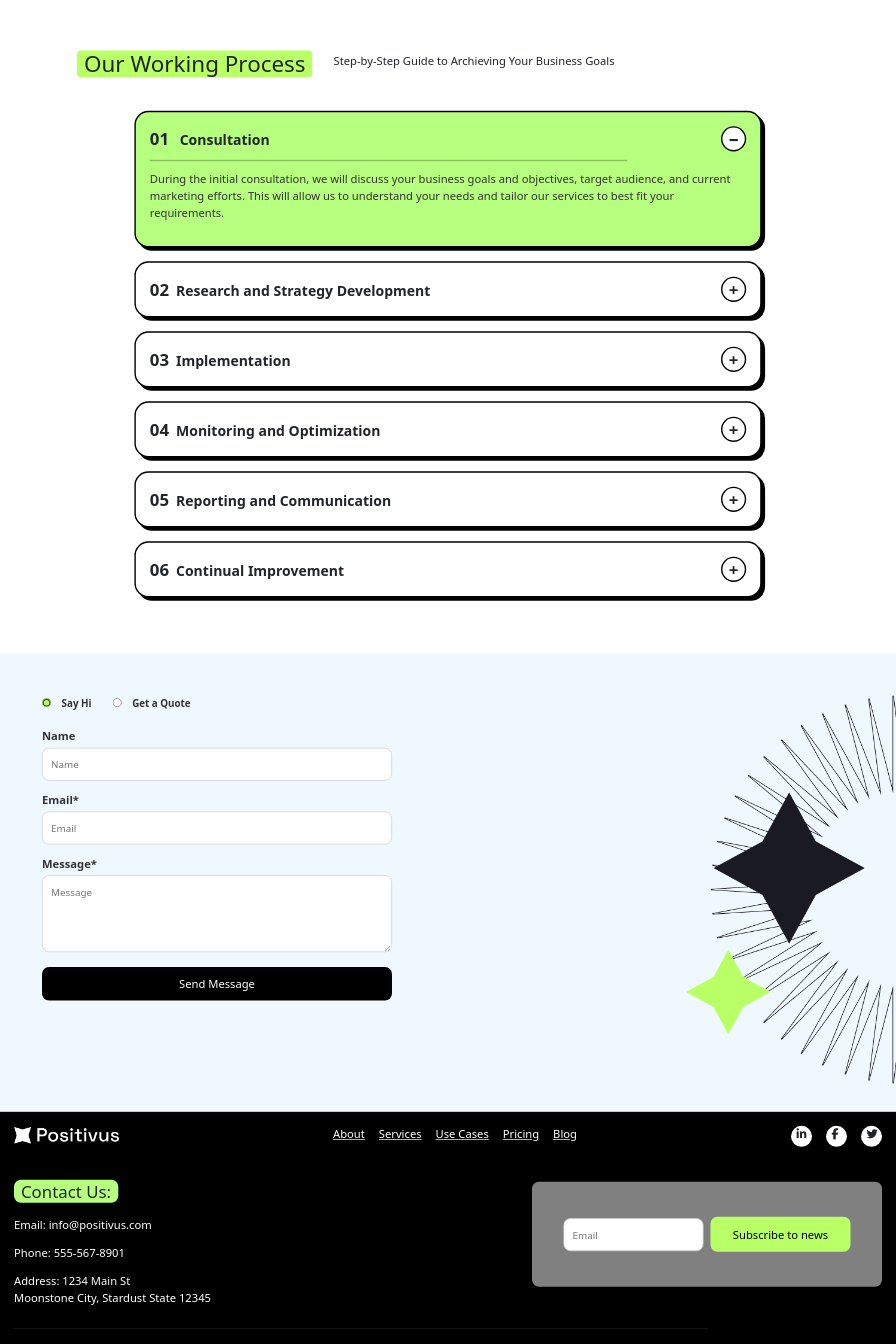
Repository: inshaabbas/CSS-Hackathon-SMIT
Page: index.html
An editor plug-in stored every save of this project. The page is shown before and after the next save, followed by the edit.
The browser window is 1280 px wide. The pictures show the part of the page from y = 1185 to 3105 px (the page is 3174 px tall before and 3181 px after), at 70% of full size.
A picture or video elsewhere on the page could not be fetched, so the positions and the page height are approximate.

Above is the page before, as saved 2025-06-25 11:09:29.

### index.html
<!DOCTYPE html>
<html lang="en">
<head>
    <meta charset="UTF-8">
    <meta name="viewport" content="width=device-width, initial-scale=1.0">
    <title>CSS Hackathon</title>
    <!-- Bootstrap CDN -->
     <link href="https://cdn.jsdelivr.net/npm/bootstrap@5.3.7/dist/css/bootstrap.min.css" rel="stylesheet" integrity="sha384-LN+7fdVzj6u52u30Kp6M/trliBMCMKTyK833zpbD+pXdCLuTusPj697FH4R/5mcr" crossorigin="anonymous">
    <!-- Font Awesome CDN -->
     <link rel="stylesheet" href="https://cdnjs.cloudflare.com/ajax/libs/font-awesome/6.7.2/css/all.min.css" integrity="sha512-Evv84Mr4kqVGRNSgIGL/F/aIDqQb7xQ2vcrdIwxfjThSH8CSR7PBEakCr51Ck+w+/U6swU2Im1vVX0SVk9ABhg==" crossorigin="anonymous" referrerpolicy="no-referrer"/>
    <!-- External Style Sheet -->
     <link rel="stylesheet" href="./style.css">
</head>
<body>
    <!-- Header Section Starts -->
    <header class="container-xxl">
      <div class="fixed-top">
         <nav class="navbar navbar-expand-lg bg-body-tertiary">
  <div class="container-fluid">
    <a class="navbar-brand" href="#"><img src="./Assets/logo.png" alt="Logo" width="150px"></a>
    <button class="navbar-toggler" type="button" data-bs-toggle="collapse" data-bs-target="#navbarSupportedContent" aria-controls="navbarSupportedContent" aria-expanded="false" aria-label="Toggle navigation">
      <span class="navbar-toggler-icon"></span>
    </button>
    <div class="collapse navbar-collapse" id="navbarSupportedContent">
      <ul class="navbar-nav ms-auto me-3 gap-4 mb-2 mb-lg-0">
        <li class="nav-item">
          <a class="nav-link active" aria-current="page" href="#">Aboutus</a>
        </li>
        <li class="nav-item">
          <a class="nav-link active" href="#">Services</a>
        </li>
        <li class="nav-item">
          <a class="nav-link active" aria-disabled="true">User Cases</a>
        </li>
        <li class="nav-item">
          <a class="nav-link active" aria-current="page" href="#">Pricing</a>
        </li>
        <li class="nav-item">
          <a class="nav-link active" aria-current="page" href="#">Blog</a>
        </li>
      </ul>
        <button class="btn btn-outline-dark" type="submit">Request a Quote</button>
      </form>
    </div>
  </div>
</nav>
      </div>
    </header>
    <!-- Header Section Ends -->

    <!-- Hero Section Starts -->
     <section class="hero-sec container-xxl">
        <div class="hero-text">
            <h2>Navigating the digital landscape for success</h2>
            <p>Lorem ipsum dolor sit amet consectetur adipisicing elit. Nihil sapiente officia omnis rerum, vitae nesciunt ad obcaecati sint quam accusantium Lorem ipsum dolor sit amet consectetur adipisicing elit. Quaerat nobis quos soluta accusantium perspiciatis quas ducimus dicta accusamus eius, sint adipisci cum minima aliquam debitis expedita nam eos, consectetur quasi.</p>
            <button type="button" class="btn btn-dark">Book a consultation</button>
        </div>
        <div class="hero-img">
            <img src="./Assets/hero-sec-img.png" alt="Hero Section Img" width="450px" height="330px">
        </div>
     </section>
    <!-- Hero Section Ends -->

    <!-- Social Section Starts -->
     <section class="social-sec container-xxl">
       <img src="./Assets/Amazon.png" alt="Amazon">
       <img src="./Assets/Dribbble.png" alt="Dribbble">
       <img src="./Assets/Hubspot-icon-removebg-preview.png" alt="Hubspot">
       <img src="./Assets/Notion.png" alt="Notion">
       <img src="./Assets/Netflix.png" alt="Netflix" class="gray">
       <img src="./Assets/Zoom.png" alt="Zoom" class="gray">
     </section>
    <!-- Social Section Ends -->

    <!-- Service Section Starts -->
     <section class="service-sec container-xxl">
      <div class="service-head">
        <h2>Services</h2>
        <p>Lorem ipsum dolor sit amet consectetur adipisicing elit. Ad, aliquam assumenda. Perspiciatis necessitatibus ullam possimus illum consequatur dolores quasi ut.</p>
      </div>
      <div class="service-cards">
        <div class="service-card-1 hover-img">
          <div class="ser-card-1-text">
             <h3>Search engine <br> optimization</h3>
             <p><img src="./Assets/service-icon.png" alt="Service Icon" width="30px">Learn More</p>
          </div>
          <div class="ser-card-1-img">
            <img src="./Assets/Service-card-1img.png" alt="">
          </div>
        </div>
        <div class="service-card-2 hover-img">
          <div class="ser-card-2-text">
             <h3>Search engine <br> optimization</h3>
             <p><img src="./Assets/service-icon.png" alt="Service Icon" width="30px">Learn More</p>
          </div>
          <div class="ser-card-2-img">
            <img src="./Assets/Service-card-2-img.png" alt="">
          </div>
        </div>
      </div>
     </section>
    <!-- Service Section Ends -->

     <!-- Working section Starts -->
     <section class="working-section container-xxl">
      <div class="working-head">
        <h2>Our Working Process</h2>
        <p>Step-by-Step Guide to Archieving Your Business Goals</p>
      </div>
      <div class="faq-section">
  <details open>
    <summary><span><span class="number">01</span> Consultation</span> <span class="plus"></span></summary>
    <hr class="divider">
    <div class="faq-content">
      <p>During the initial consultation, we will discuss your business goals and objectives, target audience, and current marketing efforts. This will allow us to understand your needs and tailor our services to best fit your requirements.</p>
    </div>
  </details>

  <details>
    <summary><span><span class="number">02</span>Research and Strategy Development</span> <span class="plus"></span></summary>
    <hr class="divider">
    <div class="faq-content">
      We research your market and competitors to develop a custom strategy aligned with your business goals.
    </div>
  </details>

   <details>
    <summary><span><span class="number">03</span>Implementation</span> <span class="plus"></span></summary>
    <hr class="divider">
    <div class="faq-content">
      We research your market and competitors to develop a custom strategy aligned with your business goals.
    </div>
  </details>

   <details>
    <summary><span><span class="number">04</span>Monitoring and Optimization</span> <span class="plus"></span></summary>
    <hr class="divider">
    <div class="faq-content">
      We research your market and competitors to develop a custom strategy aligned with your business goals.
    </div>
  </details>

   <details>
    <summary><span><span class="number">05</span>Reporting and Communication</span> <span class="plus"></span></summary>
    <hr class="divider">
    <div class="faq-content">
      We research your market and competitors to develop a custom strategy aligned with your business goals.
    </div>
  </details>

   <details>
    <summary><span><span class="number">06</span>Continual Improvement</span> <span class="plus"></span></summary>
    <hr class="divider">
    <div class="faq-content">
      We research your market and competitors to develop a custom strategy aligned with your business goals.
    </div>
  </details>
      </div>
      </section>

    <!-- Working section Ends -->

     <!-- Contact section Starts -->
     <section class="contact-section container-xxl">
      <div class="contact-form">
        <form>
          <div class="radio-group">
            <label><input type="radio" name="purpose" checked>Say Hi</label>
            <label><input type="radio" name="purpose"> Get a Quote</label>
          </div>

          <div class="form-group">
            <label for="name">Name</label>
            <input type="text" id="name" name="name" placeholder="Name" required>
          </div>

          <div class="form-group">
            <label for="email">Email*</label>
            <input type="email" id="email" name="email" placeholder="Email" required>
          </div>

          <div class="form-group">
            <label for="message">Message*</label>
            <textarea id="message" name="message" placeholder="Message" rows="4" required></textarea>
          </div>

          <button type="submit" class="send-btn">Send Message</button>
        </form>
       </div>
      <div class="contact-image">
        <img src="./Assets/Contact-img.png" alt="Contact img" width="400px">
      </div>
     </section>

     <!-- Contact section End -->

     <!-- Footer section Starts -->

     <footer>
        <div class="top-footer">
            <div class="fot-logo">
                <img src="./Assets/Foooter-logo.png" alt="Footer logo" width="150px">
            </div>
            <div class="fot-links">
                <li><a href="#">About</a></li>
                <li><a href="#">Services</a></li>
                <li><a href="#">Use Cases</a></li>
                <li><a href="#">Pricing</a></li>
                <li><a href="#">Blog</a></li>
            </div>
            <div class="fot-icons">
                <div class="circle"><i class="fa-brands fa-linkedin-in"></i></div>
                <div class="circle"><i class="fa-brands fa-facebook-f"></i></div>
                <div class="circle"><i class="fa-brands fa-twitter"></i></div>
            </div>
        </div>

        <div class="fot-contact">
            <div class="fot-text">
                <h4>Contact Us:</h4>
                <p style="margin-top: 20px;">Email: info@positivus.com</p>
                <p>Phone: 555-567-8901</p>
                <p>Address: 1234 Main St <br> Moonstone City, Stardust State 12345</p>
            </div>
            <div class="fot-input">
                <input type="text" placeholder="Email">
                <button class="btn-sub">Subscribe to news</button>
            </div>
        </div>

        <hr>
     </footer>







<script src="https://cdn.jsdelivr.net/npm/@popperjs/core@2.11.8/dist/umd/popper.min.js" integrity="sha384-I7E8VVD/ismYTF4hNIPjVp/Zjvgyol6VFvRkX/vR+Vc4jQkC+hVqc2pM8ODewa9r" crossorigin="anonymous"></script>
<script src="https://cdn.jsdelivr.net/npm/bootstrap@5.3.7/dist/js/bootstrap.min.js" integrity="sha384-7qAoOXltbVP82dhxHAUje59V5r2YsVfBafyUDxEdApLPmcdhBPg1DKg1ERo0BZlK" crossorigin="anonymous"></script>
</body>
</html>

### style.css
.hover-img{
    transition: transform 0.3s ease;
}

.hover-img:hover{
    transform: scale(1.1);
}

.hero-sec{
    display: flex;
    justify-content: space-around;
    align-items: center;
    padding: 20px;
    height: 500px;
    padding-top: 80px;
}

.hero-text{
    width: 50%;
}

.hero-text h2{
    font-size: 35px;
    font-weight: bold;
}

@media screen and (max-width: 1010px) {
    .hero-img img{
        width: 350px;
        height: 300px;
    }
    .hero-sec{
        height: auto;
    }
}

@media screen and (max-width: 800px){
    .hero-sec{
        flex-direction: column;
        gap: 50px;
    }

    .hero-text{
    width: 100%;
}

.hero-img img{
    width: 300px;
    height: 250px;
}
}

/* Hero Section End */

/* Social Section Starts */
.social-sec{
    height: auto;
    display: flex;
    justify-content: center;
    align-items: center;
    gap: 40px;
    flex-wrap: wrap;
    padding: 20px;
    margin-top: 40px;
}

.social-sec img{
    width: 120px;
}

.gray{
    filter: grayscale(100%);
}

/* Social Section Ends */


/* Service Section Starts */

.service-sec{
    height: auto;
    margin-top: 40px;
    padding: 40px 10px;
}

.service-head{
    display: flex;
    margin-left: 100px;
    gap: 30px;
}

.service-head h2{
    background-color: #b9ff66;
    padding: 0px 10px;
    border-radius: 5px;
    font-size: 40px;
}

.service-head p{
    width: 600px;
}

.service-cards{
    padding-top: 40px;
    display: flex;
    justify-content: center;
    align-items: center;
    flex-wrap: wrap;
    gap: 40px;
    padding: 20px;
}

/* Card 1  */
.service-card-1{
    display: flex;
    justify-content: space-between;
    width: 500px;
    height: 280px;
    background-color: #f3f3f3;
    border-radius: 30px;
    padding: 20px;
    border-bottom: black solid 4px;
    border-top: black solid 1px;
    border-left: black solid 1px;
    border-right: black solid 1px;
}

.service-card-1 p img{
    margin-right: 10px;
}

.service-card-1 p{
    margin-top: 100px;
}

.ser-card-1-img{
    display: flex;
    justify-content: center;
    align-items: center;
}

.ser-card-1-text h3{
    background-color: #b9ff66;
    padding: 5px 10px;
    border-radius: 5px;
}

/* Card 2 */

.service-card-2{
    display: flex;
    justify-content: space-between;
    width: 500px;
    height: 280px;
    background-color: #b9ff66;
    border-radius: 30px;
    padding: 20px;
    border-bottom: black solid 4px;
    border-top: black solid 1px;
    border-left: black solid 1px;
    border-right: black solid 1px;
}

.service-card-2 p img{
    margin-right: 10px;
}

.service-card-2 p{
    margin-top: 100px;
}

.ser-card-2-img{
    display: flex;
    justify-content: center;
    align-items: center;
}

.ser-card-2-text h3{
    background-color: #f3f3f3;
    padding: 5px 10px;
    border-radius: 5px;
}

@media screen and (max-width: 865px){
    .service-head{
        flex-direction: column;
        justify-content: center;
        align-items: center;
        text-align: center;
        margin-left: 0px;
        gap: 10px;
    }

    .service-head p{
        width: 100%;
    }
}

@media screen and (max-width: 500px){
    .service-head p{
        font-size: 13px;
    }

    .service-card-2{
        height: 230px;
    }
    .ser-card-2-img img{
        width: 180px;
    }

    .ser-card-2-text h3{
        font-size: 20px;
    }

    .ser-card-2-text p{
        font-size: 13px;
    }

    .service-card-1{
        height: 230px;
    }
    .ser-card-1-img img{
        width: 180px;
    }

    .ser-card-1-text h3{
        font-size: 20px;
    }

    .ser-card-1-text p{
        font-size: 15px;
    }
}

    @media screen and (max-width: 440px){
    .service-head p{
        font-size: 10px;
    }

    .ser-card-2-img img{
        width: 120px;
    }

    .ser-card-2-text h3{
        font-size: 14px;
    }

    .ser-card-2-text p{
        font-size: 12px;
    }

    .ser-card-1-img img{
        width: 120px;
    }

    .ser-card-1-text h3{
        font-size: 14px;
    }

    .ser-card-1-text p{
        font-size: 12px;
    }
}

/* Service Section Ends*/

/* Working Section Starts */

.working-section{
    height: auto;
    margin-top: 20px;
    padding: 40px 10px;
}

.working-head{
    display: flex;
    align-items: center;
    margin-left: 100px;
    gap: 30px;
}

.working-head h2{
    background-color: #b9ff66;
    padding: 0px 10px;
    border-radius: 5px;
}

.working-head p{
    width: 100%;
    max-width: 600px;
}

.faq-section{
    display: flex;
    flex-direction: column;
    justify-content: center;
    align-items: center;
    margin-top: 40px;
    padding: 0px 10px;
}

details {
      border: 2px solid #000;
      border-radius: 20px;
      margin-bottom: 20px;
      padding: 20px;
      box-shadow: 5px 5px 0 #000;
      background-color: #fff;
      transition: all 0.3s ease;
      width: 70vw;
    }

    details[open] {
      background-color: #b6ff7f;
    }

    summary {
      list-style: none;
      cursor: pointer;
      font-weight: bold;
      font-size: 20px;
      display: flex;
      justify-content: space-between;
      align-items: center;
    }

    summary::-webkit-details-marker {
      display: none;
    }

    .number {
      font-size: 24px;
      margin-right: 10px;
    }

    .plus::after {
      content: "+";
      font-size: 24px;
      width: 36px;
      height: 36px;
      display: inline-flex;
      align-items: center;
      justify-content: center;
      border: 2px solid #000;
      border-radius: 50%;
      background: #fff;
    }

    details[open] .plus::after {
      content: "−";
    }

    .faq-content {
      margin-top: 10px;
      font-size: 16px;
      line-height: 1.5;
      color: #333;
    }

    .divider {
      display: none;
      border: none;
      border-top: 2px solid #000;
      margin: 12px 0;
    }

    details[open] .divider {
      display: block;
    }

    details[open] .faq-content {
      display: block;
    }


@media screen and (max-width: 1084px){
    .working-head{
        flex-direction: column;
        justify-content: center;
        align-items: center;
        text-align: center;
        gap: 10px;
        margin-left: 0px;
    }
}

@media screen and (max-width: 700px){
    summary span{
        font-size: 16px;
    }

    .number{
        font-size: 16px;
    }

    .plus::after{
        font-size: 20px;
        width: 25px;
        height: 25px;
    }

    details{
        width: 90vw;
    }
}

@media screen and (max-width: 420px){
    summary span{
        font-size: 13px;
    }

    .number{
        font-size: 14px;
    }
}
/* Working Section Ends */

/* Contact Section Starts */

.contact-section{
    display: flex;
    justify-content: space-between;
    height: auto;
    background-color: aliceblue;
    margin-top: 20px;
    padding: 60px 0px 40px 20px
}

.contact-form{
    width: 100%;
    margin-left: 40px;
}

.radio-group {
  display: flex;
  gap: 30px;
  margin-bottom: 20px;
  font-size: 14px;
}

.radio-group label{
  display: flex;
  align-items: center;
  gap: 15px;
  font-size: 14px;
  color: #333;
  cursor: pointer;
  /* width: 100px; */
  white-space: nowrap
}


input[type="radio"] {
  accent-color: #b9ff66;
}

.form-group {
  margin-bottom: 15px;
}

label {
  display: block;
  margin-bottom: 5px;
  font-weight: bold;
  color: #333;
}

input,
textarea {
  width: 100%;
  max-width: 500px;
  padding: 12px;
  font-size: 14px;
  border: 1px solid #ccc;
  border-radius: 10px;
  box-sizing: border-box;
}

.send-btn{
  background-color: #000;
  color: #fff;
  border: none;
  padding: 12px;
  width: 100%;
  max-width: 500px;
  border-radius: 10px;
  font-size: 16px;
  cursor: pointer;
  transition: background-color 0.3s;
}

.send-btn:hover {
  background-color: #333;
}

.contact-image {
  flex: 1;
  text-align: right;
  min-width: 300px;
  overflow-x: hidden;
}

@media screen and (max-width: 890px){
    .contact-image img {
        display: none;
    }

    .contact-section {
        flex-direction: column;
        align-items: center;
        padding: 30px 20px;
    }

    .contact-form {
        margin-left: 0;
        width: 100%;
        display: flex;
        flex-direction: column;
        align-items: center;
    }

    .form-group,
    input,
    textarea,
    .send-btn {
        width: 100%;
        max-width: 600px;
    }
}

/* Contact Section Ends*/

footer{
    height: 400px;
    background-color: #000;
    padding: 20px;
}

.top-footer{
    display: flex;
    justify-content: space-between;
}

.fot-links{
    display: flex;
    gap: 20px;
}

.fot-links li{
    list-style: none;
}

.fot-links li a{
    color: white;
    text-decoration: underline;
}

.fot-icons{
    display: flex;
    gap: 20px;
}

.fot-icons .circle{
    width: 30px;
    height: 30px;
    background-color: white;
    border-radius: 50%;
}

.fot-icons .circle i{
    margin-left: 8px;
}

.fot-contact{
    display: flex;
    justify-content: space-between;
    margin-top: 50px;
}

.fot-text h4{
    background-color: #b6ff7f;
    display: inline;
    border-radius: 10px;
    padding: 0px 10px;
}

.fot-text p{
    color: white;
}

.fot-input{
    display: flex;
    justify-content: center;
    align-items: center;
    gap: 10px;
    background-color: gray;
    width: 500px;
    height: 150px;
    border-radius: 10px;
}

.fot-input input{
    max-width: 200px;
    width: 100%;
}

.btn-sub{
    max-width: 200px;
    width: 100%;
    height: 50px;
    border-radius: 10px;
    border: none;
    background-color: #b9ff66;
}

hr{
    width: 80%;
    color: gray;
    height: 3px;
}

After the next save:
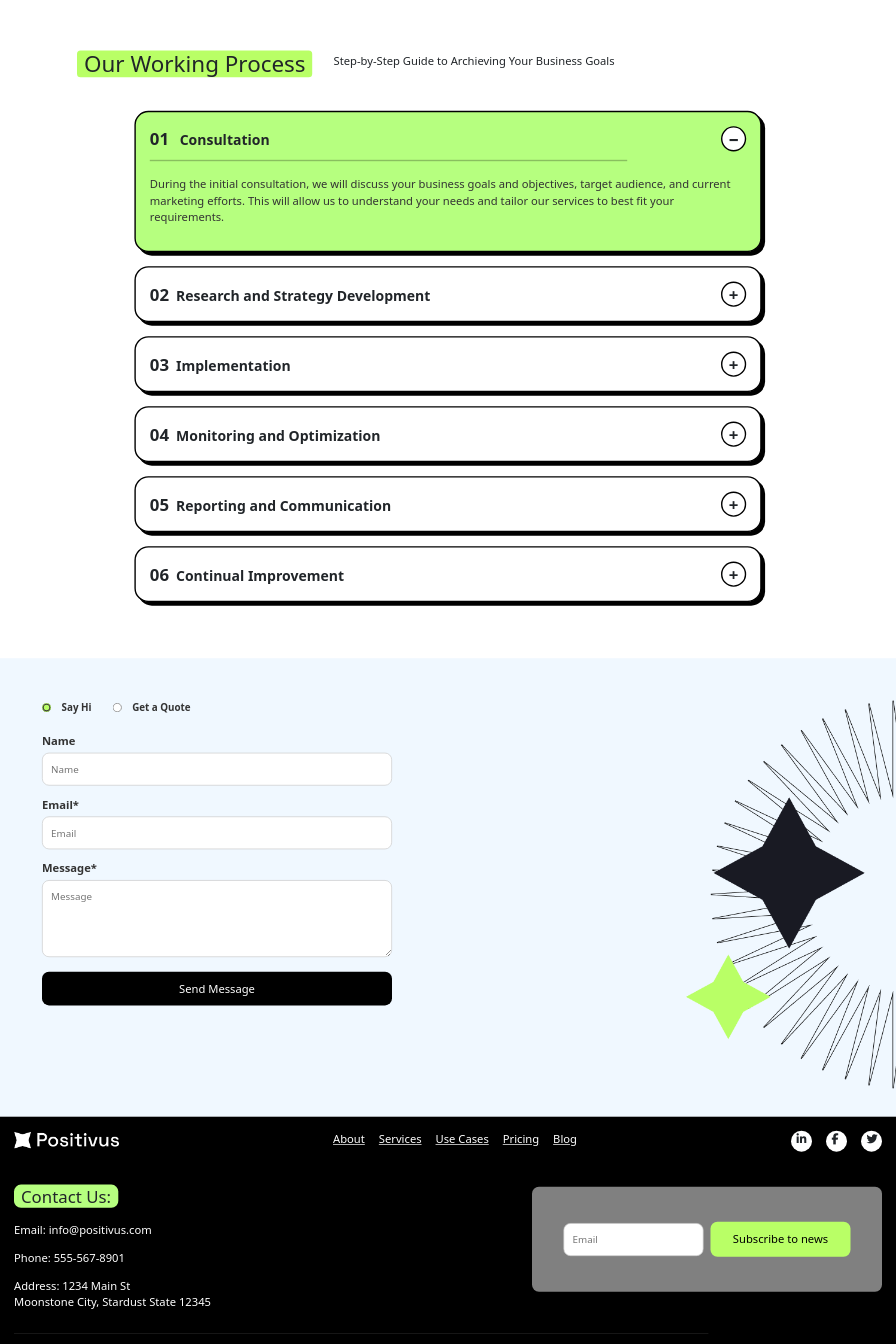
Saved 7 s later.
--- a/style.css
+++ b/style.css
@@ -616,5 +616,5 @@ footer{
 hr{
     width: 80%;
     color: gray;
-    height: 3px;
-}
+    height: 10px;
+}
